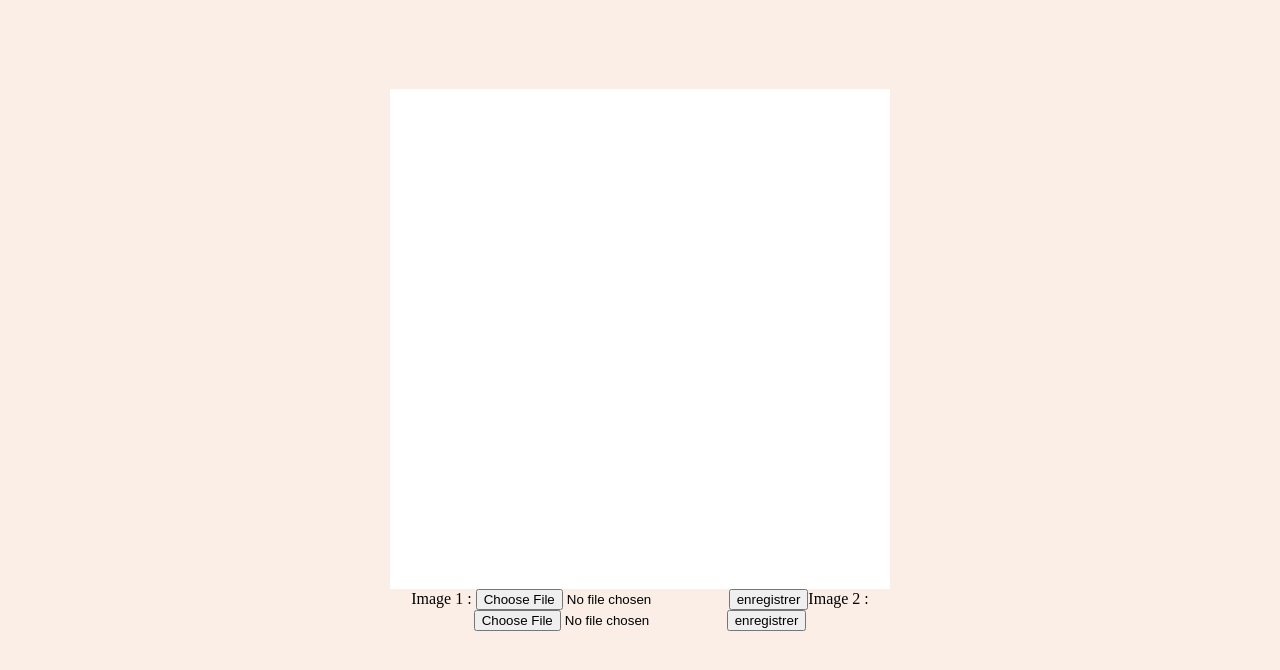
Repository: Lucas-Cassan/img-assembler
Page: / (app in frontend/)
An editor plug-in stored every save of this project. The page is shown before and after the next save, followed by the edit.
The browser window is 1280 px wide. The pictures show the whole page.
The project was rebuilt for these pictures with package versions that can differ from the ones it lists, and the page was loaded fresh each time.

Above is the page before, as saved 2022-02-02 14:58:27.

### frontend/src/index.js
import React from "react";
import ReactDOM from "react-dom";
import "./styles/index.scss";
import App from "./App";

ReactDOM.render(
  <React.StrictMode>
    <App />
  </React.StrictMode>,
  document.getElementById("root"),
);

### frontend/src/styles/index.scss
html{
    padding: 0;
    margin: 0;

    body{
        padding: 0;
        margin: 0;
        width: 100vw;
        height: 100vh;
        overflow: hidden;
        background-color: #FAEEE7;

        #root{
            width: 100%;
            height: 100%;
            display: flex;
            justify-content: center;
            align-items: center;
            flex-direction: column;

            #image{
                width: 500Px;
                height: 500px;
                background-color: white;

            }
            form{

            }
        }

    }
}

### frontend/src/App.js
import React from "react";
import Fusiooooon from "./pages/Fusiooooon";

const App = () => {
  return (
    <>
      <Fusiooooon />
    </>
  );
};

export default App;

### frontend/src/pages/Fusiooooon.js
import React, { useState } from "react";
import axios from "axios";

const Fusiooooon = () => {
  const [file1, setFile1] = useState();
  const [file2, setFile2] = useState();

  const handleSubmit = (e) => {
    e.preventDefault();

    console.log(file1);
    const data = new FormData();
    data.append("file", file1);

    axios({
      method: "post",
      url: `http://localhost:5000/img/merge`,
      data,
    })
      .then((res) => console.log(res))
      .catch((err) => console.log(err));
  };

  const handleSubmit2 = (e) => {
    e.preventDefault();

    console.log(file1);
    const data = new FormData();
    data.append("file", file2);

    axios({
      method: "post",
      url: `http://localhost:5000/img/merge`,
      data,
    })
      .then((res) => console.log(res))
      .catch((err) => console.log(err));
  };

  return (
    <>
      <div id="image"></div>
      <form action="" onSubmit={handleSubmit}>
        <label htmlFor="">Image 1 : </label>
        <input
          type="file"
          name="file"
          id="file"
          accept=".jpg, .jpeg, .png"
          onChange={(e) => setFile1(e.target.files[0])}
        />
        <input type="submit" value="enregistrer" />
        <label htmlFor="">Image 2 : </label>
      </form>
      <form action="" onSubmit={handleSubmit2}>
        <input
          type="file"
          name="file"
          id="file"
          accept=".jpg, .jpeg, .png"
          onChange={(e) => setFile2(e.target.files[0])}
        />
        <input type="submit" value="enregistrer" />
      </form>
    </>
  );
};

export default Fusiooooon;

Loaded but not shown: frontend/public/index.html (common file)

After the next save:
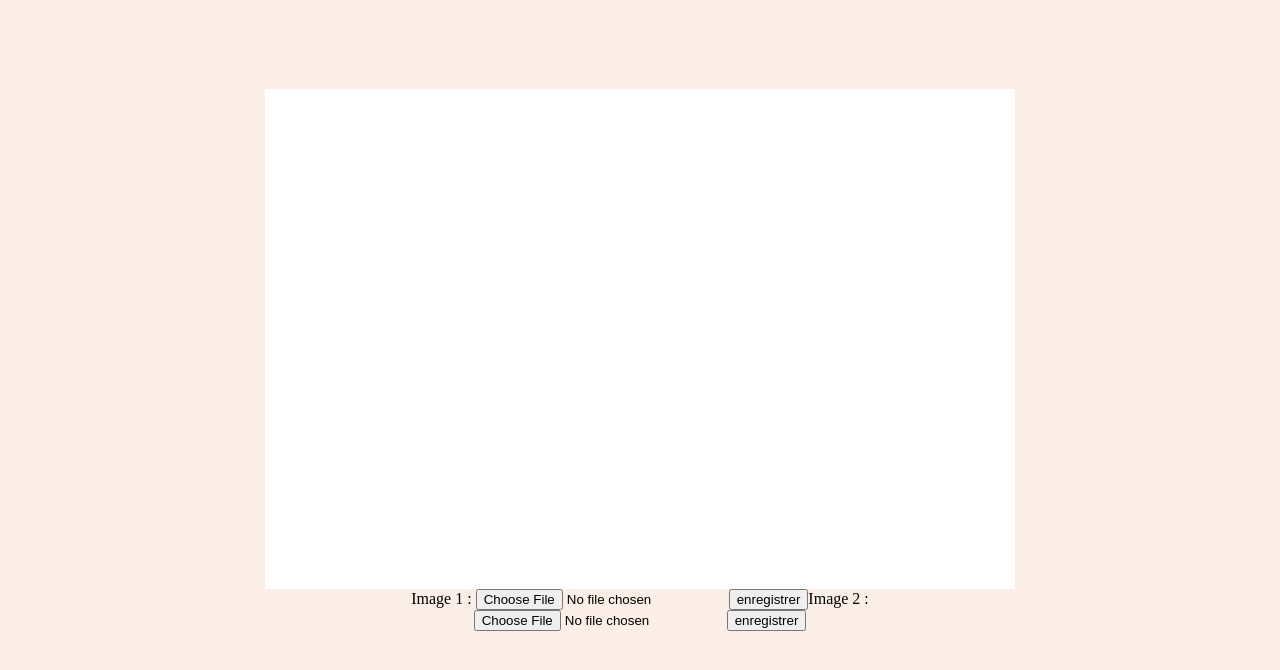
Saved 56 s later.
--- a/frontend/src/styles/index.scss
+++ b/frontend/src/styles/index.scss
@@ -19,7 +19,7 @@ html{
             flex-direction: column;
 
             #image{
-                width: 500Px;
+                width: 750Px;
                 height: 500px;
                 background-color: white;
 
